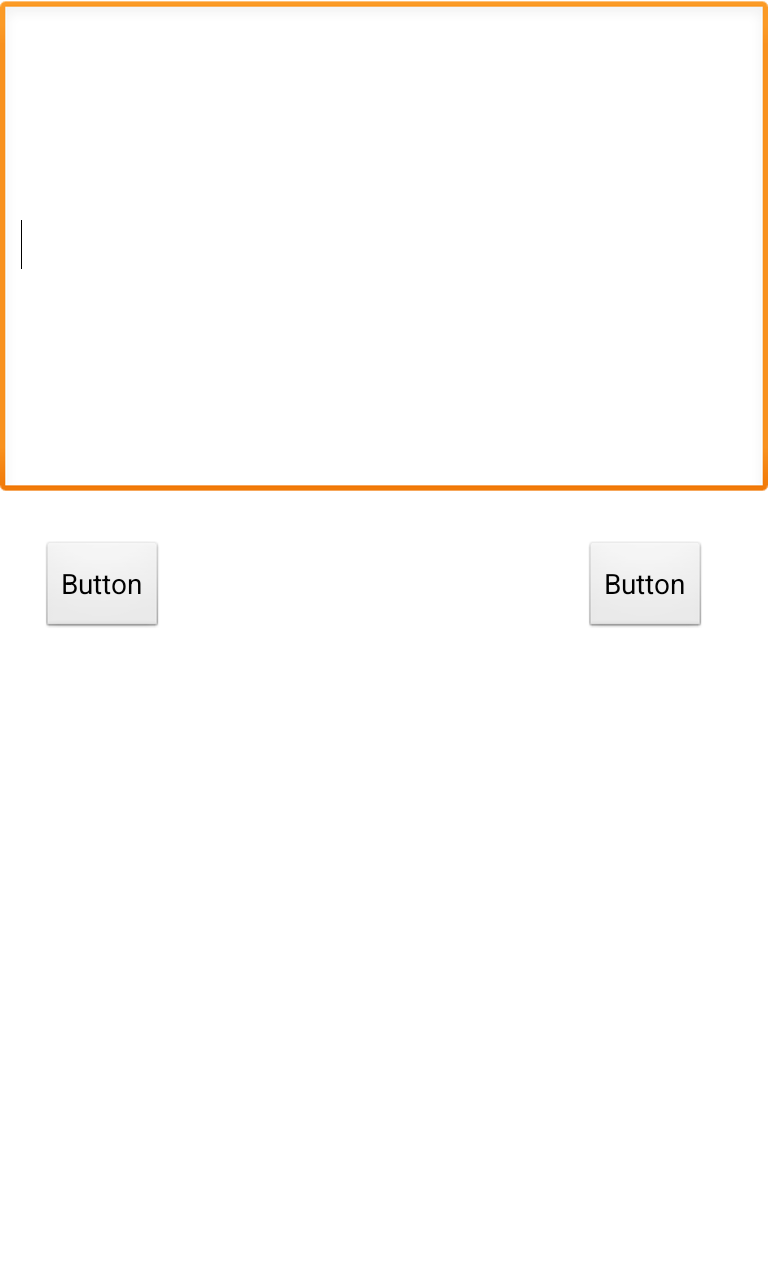
Repository: agejku/Embedded-Systems
Layout: Positionsensor/res/layout/activity_main.xml
These files come from the project's save history. The layout is drawn as it stood at one moment and after the next save; the edit follows.
It is drawn on a 768 x 1280 px phone screen (xhdpi) without system bars, with theme AppTheme; the app's code is not run.

Above is the layout before, as saved 2014-04-22 21:26:58.

After the next save:
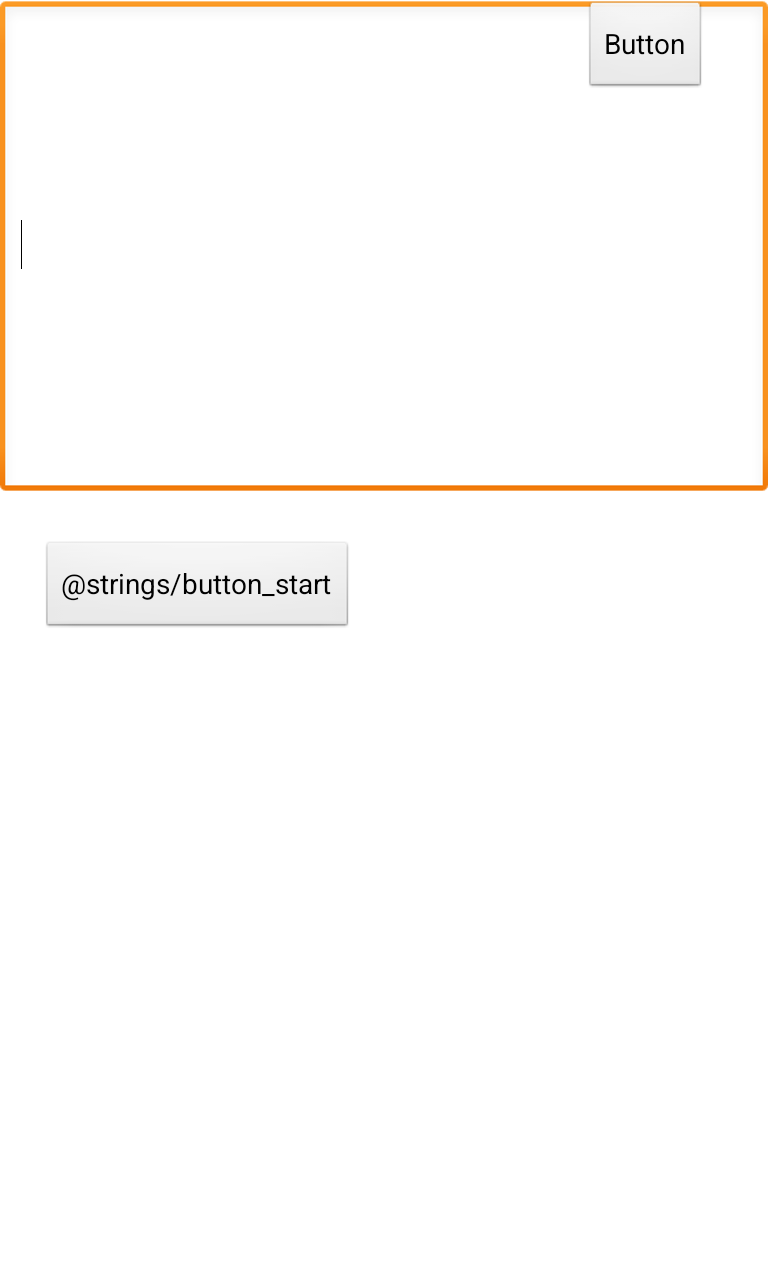
Saved 50 s later.
--- a/Positionsensor/res/layout/activity_main.xml
+++ b/Positionsensor/res/layout/activity_main.xml
@@ -47,14 +47,14 @@
         </EditText>
 
         <Button
-            android:id="@+id/button1"
+            android:id="@+id/button_start"
             android:layout_width="wrap_content"
             android:layout_height="wrap_content"
             android:layout_alignParentLeft="true"
             android:layout_below="@+id/editText1"
             android:layout_marginLeft="20dp"
             android:layout_marginTop="20dp"
-            android:text="Button" />
+            android:text="@strings/button_start" />
 
         <Button
             android:id="@+id/button2"
